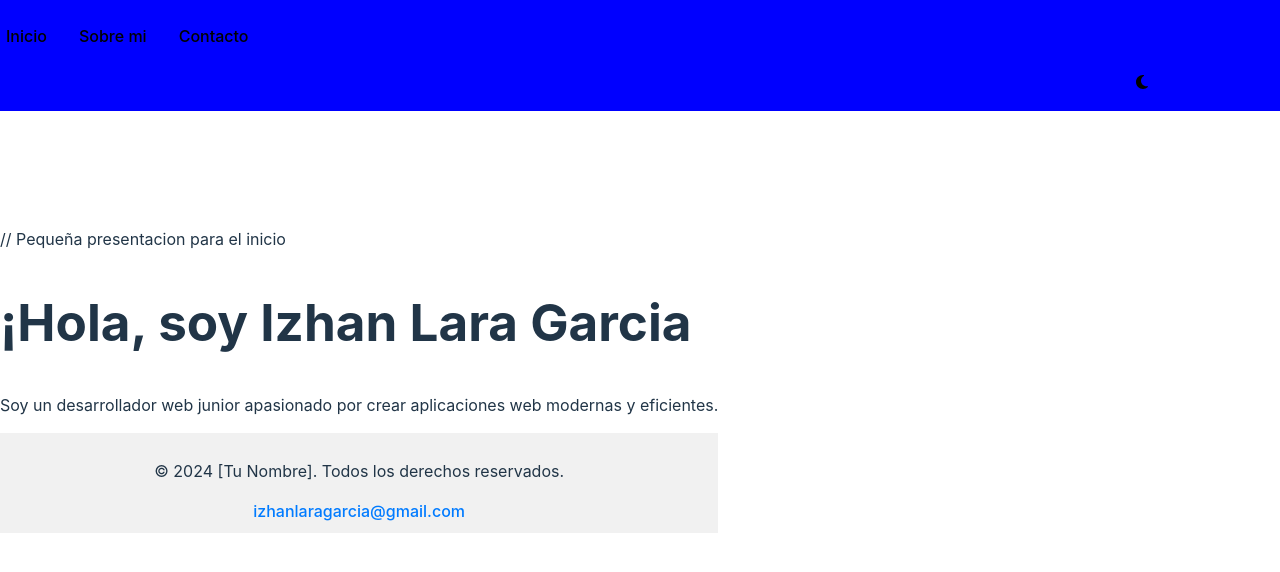
Repository: izhanlaraagarcia/izhanlaraagarcia.github.io
Page: / (app in vite-project/)
The author's editor kept a copy of each file at every save. The page is drawn from the files as they stood at one save, then again after the next save.
The browser window is 1280 px wide. The pictures show the whole page.
The project was rebuilt for these pictures with package versions that can differ from the ones it lists, and the page was loaded fresh each time. Also part of the build but not shown: vite-project/vite.config.js, vite-project/src/Home/Styles/estilos.css, vite-project/src/pages/About/about.jsx, vite-project/src/pages/Contact/contact.jsx.

Above is the page before, as saved 2024-07-10 13:46:05.

### vite-project/index.html
<!doctype html>
<html lang="en">
  <head>
    <meta charset="UTF-8" />
    <meta name="viewport" content="width=device-width, initial-scale=1.0" />
    <title>Izhan Lara Garcia</title>
  </head>
  <body>
    <div id="root"></div>
    <script type="module" src="/src/main.jsx"></script>
  </body>
</html>

### vite-project/src/App.jsx
import React from 'react';
import { BrowserRouter as Router, Route, Routes } from 'react-router-dom';
import Menu from './Componentes-Generales/menu.jsx';
import Inicio from './Home/Inicio.jsx';
import About from './pages/About/about.jsx';
import Contact from './pages/Contact/contact.jsx';

class App extends React.Component {
  render() {
    return (
      <Router>
        <Menu />
        <Routes>
          <Route path="/" element={<Inicio />} />
          <Route path="/sobre-mi" element={<About />} />
          <Route path="/contacto" element={<Contact />} />
        </Routes>
      </Router>
    );
  }
}

export default App;

### vite-project/src/Componentes-Generales/menu.jsx
import React from "react";
import { Link } from "react-router-dom";
import "./styles/menu.css";

import TemaComponent from "./thema";

class Menu extends React.Component {
  render() {
    return (
      <header>
        <nav>
          <ul>
            <li>
              <Link to="/">Inicio</Link>
            </li>
            <li>
              <Link to="/sobre-mi">Sobre mi</Link>
            </li>
            <li>
              <Link to="/contacto">Contacto</Link>
            </li>
            <li>
              <TemaComponent/>
            </li>
          </ul>
        </nav>
      </header>
    );
  }
}

export default Menu;

### vite-project/src/Home/Inicio.jsx
import React from "react";
import "./Styles/estilos.css";

import Banner from '../Componentes-Generales/banner'
import Footer from '../Componentes-Generales/footer'


class Inicio extends React.Component {
  render() {
    return (
      // Pequeña presentacion para el inicio
      <>
        // Pequeña presentacion para el inicio
        <Banner /><Footer /></>
    );
  }
}

export default Inicio;

### vite-project/src/Componentes-Generales/styles/menu.css
nav {
    top: 0;
    right: 0;
    margin: 0%;
    padding: 10px;
    position: fixed;
    width: 100%;

    background-color: blue;
}

nav ul {
    list-style-type: none;
    padding: 0;
    margin: 0;
}

nav a {
    float: left;
    display: block;
    color: black;
    text-align: center;
    padding: 14px 16px;
}

nav ul li a:hover {
    background-color: aliceblue;
}

.blackbutton {
    background: unset;
    border: none;
    cursor: pointer;
}

### vite-project/src/Componentes-Generales/thema.jsx
import React, { useState } from 'react';
import { FontAwesomeIcon } from '@fortawesome/react-fontawesome';
import { faSun, faMoon } from '@fortawesome/free-solid-svg-icons';

const TemaComponent = () => {
  const [dark, setDark] = useState(false);

  const handleClick = () => {
    if (dark) {
      document.body.style.backgroundColor = "white";
      setDark(false);
    } else {
      document.body.style.backgroundColor = "darkgrey";
      setDark(true);
    }
  };

  return (
    <button
      id="tema"
      style={{ cursor: 'pointer', background: 'none', border: 'none', outline: 'none' , marginLeft: '80%'}}
      onClick={handleClick}
      aria-label={dark ? 'Cambiar al modo claro' : 'Cambiar al modo oscuro'}
    >
      <FontAwesomeIcon icon={dark ? faSun : faMoon} style={{ color: dark ? 'black' : 'inherit' }} />
    </button>
  );
};

export default TemaComponent;

### vite-project/src/Componentes-Generales/banner.jsx
import React from "react";
import "./styles/banner.css";

class Banner extends React.Component {
  render() {
    return (
      <div>
        <section id="welcome">
          <h1>¡Hola, soy Izhan Lara Garcia</h1>
          <p>
            Soy un desarrollador web junior apasionado por crear aplicaciones
            web modernas y eficientes.
          </p>
        </section>
      </div>
    );
  }
}

export default Banner;

### vite-project/src/Componentes-Generales/footer.jsx
import React from "react";



class Footer extends React.Component{
    render(){
        return (
            <footer id="footer">
            <p>© 2024 [Tu Nombre]. Todos los derechos reservados.</p>
            <a href="mailto:izhanlaragarcia@gmail.com">izhanlaragarcia@gmail.com</a>
          </footer>
        )
    }
}

export default Footer;

### vite-project/src/Componentes-Generales/styles/banner.css
header {
  text-align: center;
  padding: 20px;
}

header img {
  border-radius: 50%;
  width: 150px;
  height: 150px;
}

#cta .btn {
  margin: 10px;
  padding: 10px 20px;
  background-color: #007BFF;
  color: white;
  text-decoration: none;
  border-radius: 5px;
  transition: background-color 0.3s;
}

#cta .btn:hover {
  background-color: #0056b3;
}

#skills ul {
  list-style-type: none;
  padding: 0;
}

#skills li {
  display: inline;
  margin-right: 10px;
  font-weight: bold;
}

.project-gallery {
  display: flex;
  justify-content: space-around;
}

.project {
  text-align: center;
}

#social-media .social-icons a {
  margin: 0 10px;
  font-size: 2em;
  color: inherit;
  transition: color 0.3s;
}

#social-media .social-icons a:hover {
  color: #007BFF;
}

#footer {
  text-align: center;
  padding: 10px;
  background-color: #f1f1f1;
}

#footer a {
  color: #007BFF;
  text-decoration: none;
}

#footer a:hover {
  text-decoration: underline;
}

Loaded but not shown: vite-project/src/main.jsx (common file); vite-project/src/index.css (common file)

After the next save:
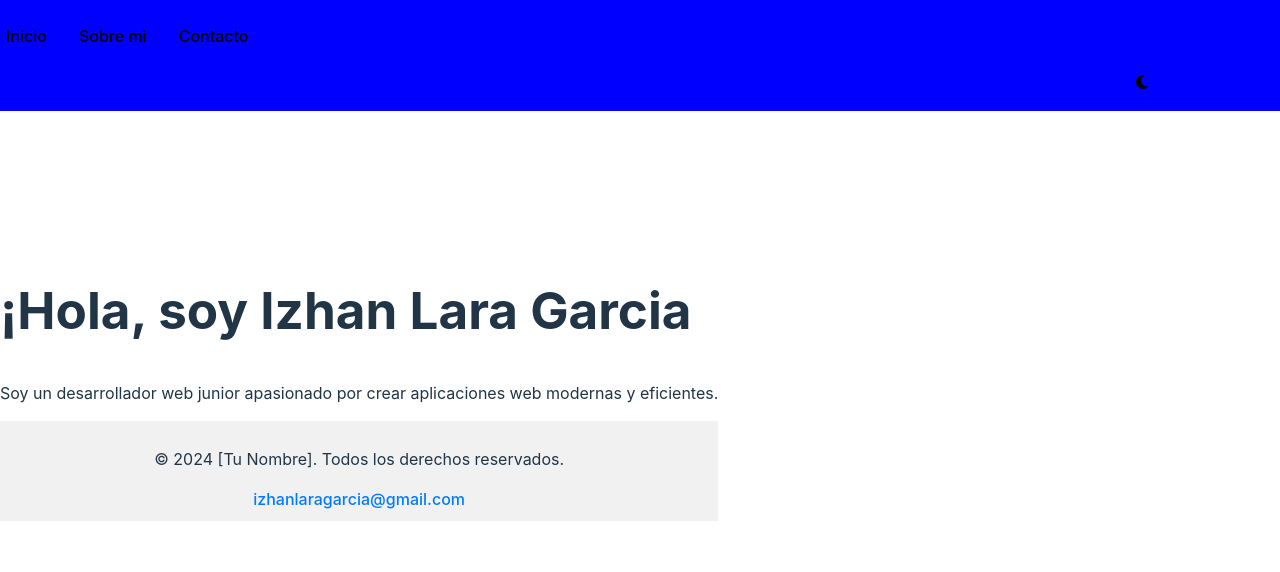
Saved 4 s later.
--- a/vite-project/src/Home/Inicio.jsx
+++ b/vite-project/src/Home/Inicio.jsx
@@ -10,7 +10,6 @@ class Inicio extends React.Component {
     return (
       // Pequeña presentacion para el inicio
       <>
-        // Pequeña presentacion para el inicio
         <Banner /><Footer /></>
     );
   }
